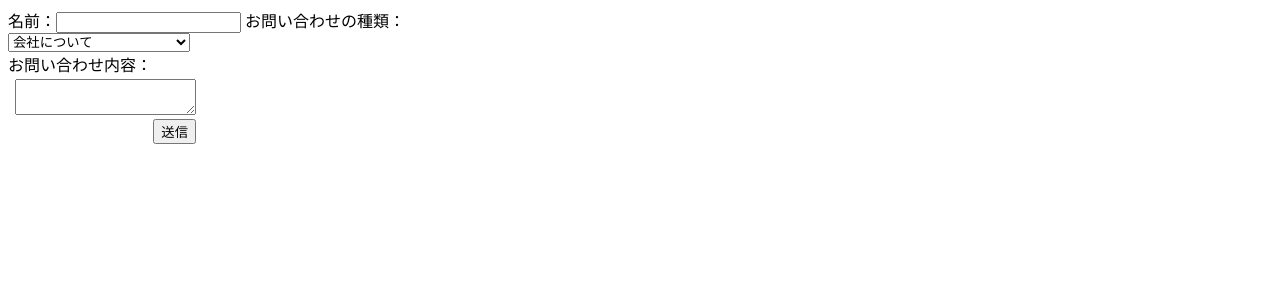
Repository: kazuki000/test
Page: http://localhost/WebProj3/InquiryAction.action
These files come from the project's save history. The page is drawn as it stood at one moment and after the next save; the edit follows.
The browser window is 1280 px wide. The pictures show the whole page.
The page is served by Tomcat 9. Other server files are loaded and not shown.

Above is the page before, as saved 2019-03-22 12:28:16.

### WebProj3/WebContent/inquiry.jsp
<%@ page language="java" contentType="text/html; charset=UTF-8"
    pageEncoding="UTF-8"%>
<%@ taglib prefix="s" uri="/struts-tags" %>
<!DOCTYPE html PUBLIC "-//W3C//DTD HTML 4.01 Transitional//EN" "http://www.w3.org/TR/html4/loose.dtd">
<html>
<head>
<meta http-equiv="Content-Type" content="text/html; charset=UTF-8">
<title>お問い合わせフォーム</title>
</head>
<body>

<s:form method="post" action="InquiryCompleteAction" >
 名前：<input type="text" name="name"/>
 お問い合わせの種類：
 <br>
 <select name="qtype">
  <option value="company">会社について</option>
  <option value="product">製品について</option>
  <option value="support">アフターサポートについて</option>
  </select>
  <br>
  お問い合わせ内容：
  <s:textarea name="body"/>
  <br>
  <s:submit value="送信"/>
  </s:form>

</body>
</html>

After the next save:
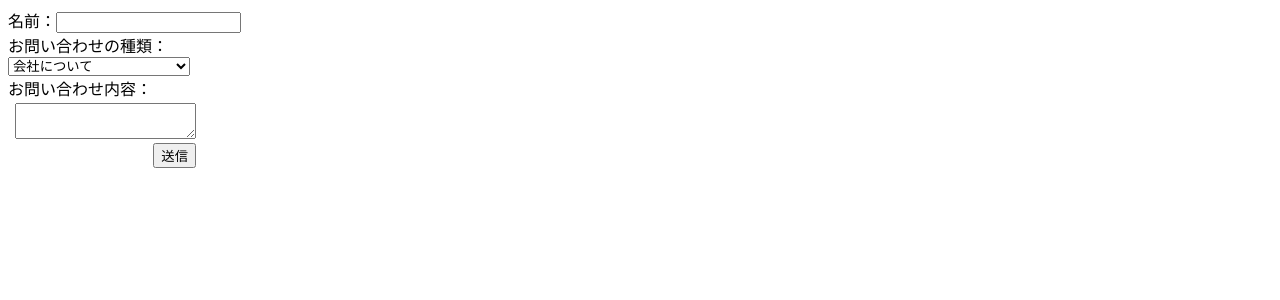
Saved 2 min 33 s later.
--- a/WebProj3/WebContent/inquiry.jsp
+++ b/WebProj3/WebContent/inquiry.jsp
@@ -10,9 +10,8 @@
 <body>
 
 <s:form method="post" action="InquiryCompleteAction" >
- 名前：<input type="text" name="name"/>
- お問い合わせの種類：
- <br>
+ 名前：<input type="text" name="name"/><br>
+ お問い合わせの種類：<br>
  <select name="qtype">
   <option value="company">会社について</option>
   <option value="product">製品について</option>
